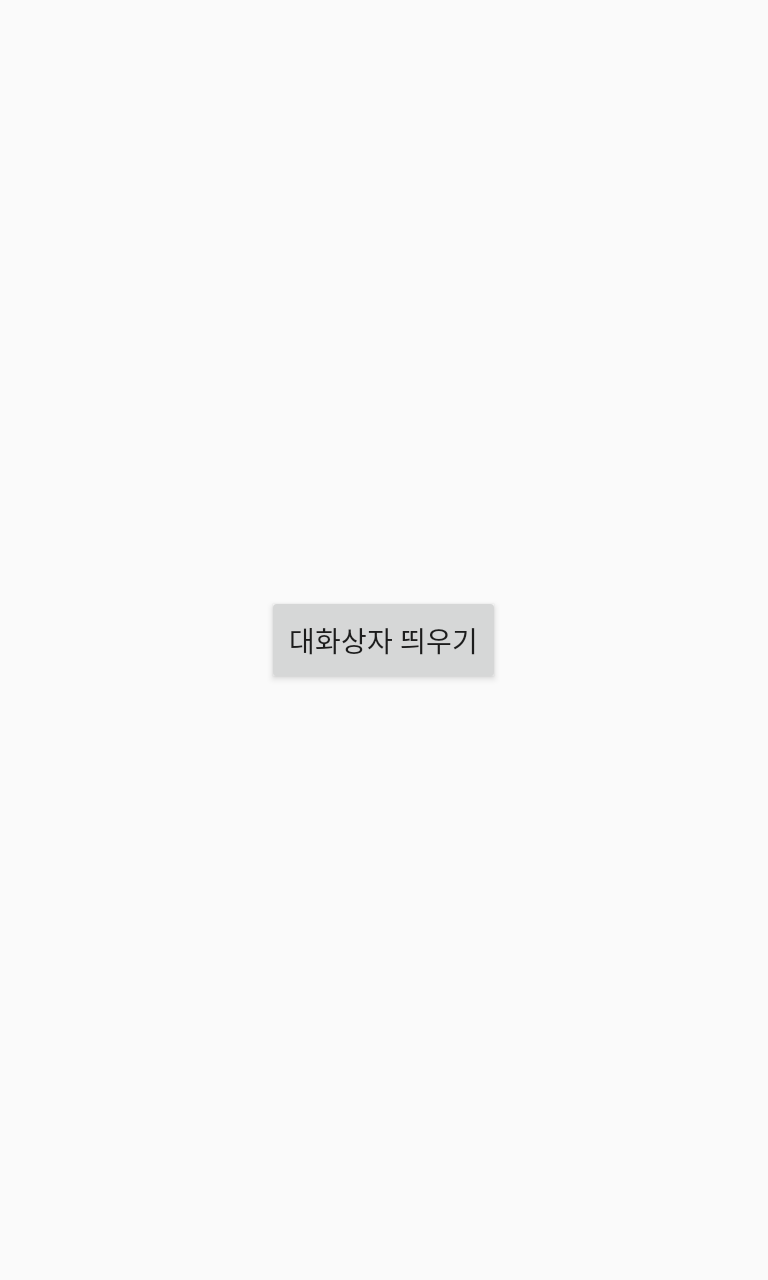
Repository: tae-jun/android
Layout: i1024_Dialog/res/layout/activity_main.xml
These files come from the project's save history. The layout is drawn as it stood at one moment and after the next save; the edit follows.
It is drawn on a 768 x 1280 px phone screen (xhdpi) without system bars, with theme AppTheme; the app's code is not run.

Above is the layout before, as saved 2014-10-24 03:18:07.

After the next save:
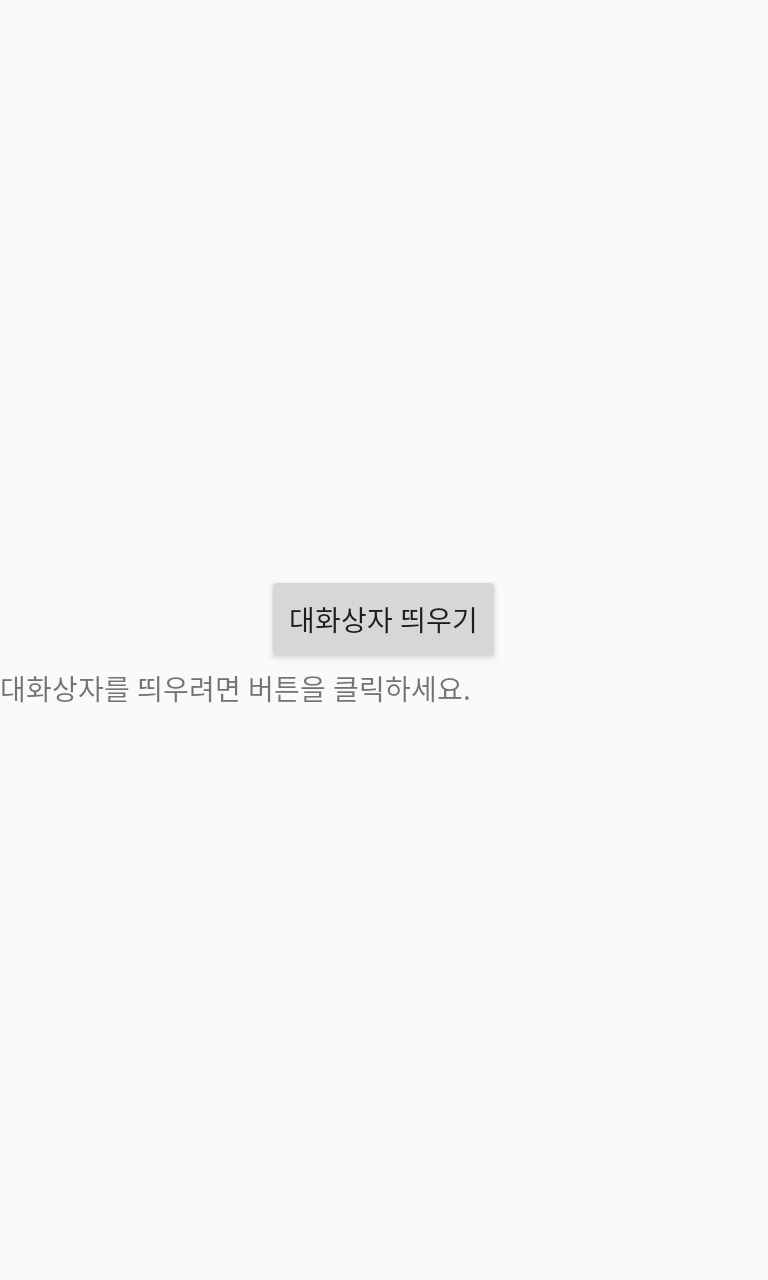
Saved 44 s later.
--- a/i1024_Dialog/res/layout/activity_main.xml
+++ b/i1024_Dialog/res/layout/activity_main.xml
@@ -2,8 +2,8 @@
     xmlns:tools="http://schemas.android.com/tools"
     android:layout_width="match_parent"
     android:layout_height="match_parent"
+    android:gravity="center_vertical"
     android:orientation="vertical"
-    android:gravity="center_vertical"
     tools:context="${relativePackage}.${activityClass}" >
 
     <Button
@@ -13,4 +13,9 @@
         android:layout_gravity="center"
         android:text="대화상자 띄우기" />
 
+    <TextView
+        android:layout_width="match_parent"
+        android:layout_height="wrap_content"
+        android:text="대화상자를 띄우려면 버튼을 클릭하세요." />
+
 </LinearLayout>
